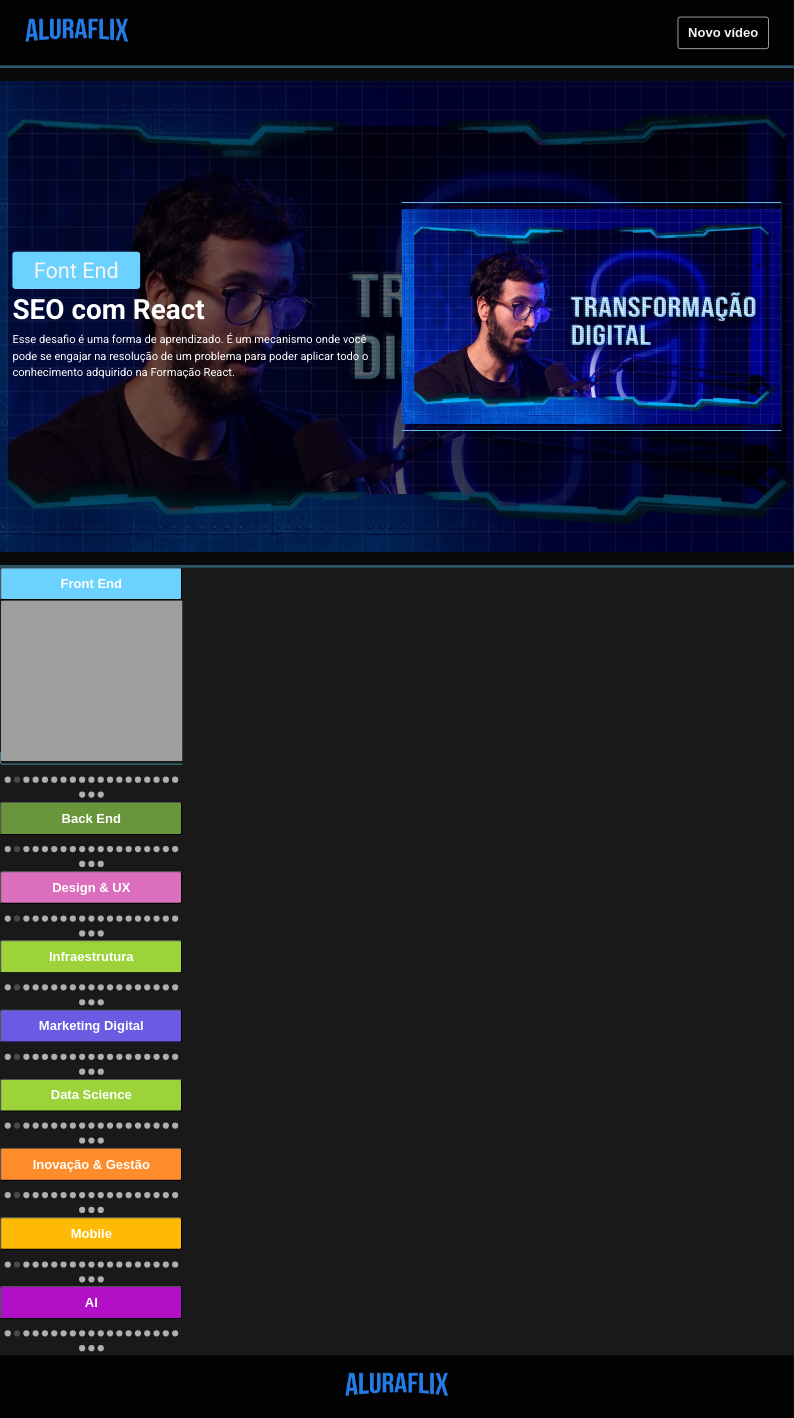
Repository: CarlosEduardoVdeOliveira/aluraflix
Page: /
The author's editor kept a copy of each file at every save. The page is drawn from the files as they stood at one save, then again after the next save.
The browser window is 1280 px wide. The pictures show the whole page, at 62% of full size.
Pictures or frames that could not be fetched are drawn as grey boxes. The project was rebuilt for these pictures with package versions that can differ from the ones it lists, and the page was loaded fresh each time. Also part of the build but not shown: vite.config.js, src/components/Input/Input.module.css, src/components/Input/index.jsx, src/components/TextArea/TextArea.module.css, src/components/TextArea/index.jsx, src/pages/RegisterVideo/Register.module.css, src/pages/RegisterVideo/index.jsx, src/components/Table/Table.module.css and 3 more.

Above is the page before, as saved 2023-09-26 09:44:12.

### index.html
<!doctype html>
<html lang="en">
  <head>
    <meta charset="UTF-8" />
    <link rel="preconnect" href="https://fonts.googleapis.com">
    <link rel="preconnect" href="https://fonts.gstatic.com" crossorigin>
    <!-- <link rel="icon" type="image/svg+xml" href="/vite.svg" /> -->
    <meta name="viewport" content="width=device-width, initial-scale=1.0" />
    <link href="https://fonts.googleapis.com/css2?family=Roboto:wght@300;400;500;700&display=swap" rel="stylesheet">
    <title>AluraFlix</title>
  </head>
  <body>
    <div id="root"></div>
    <script type="module" src="/src/main.jsx"></script>
  </body>
</html>

### src/main.jsx
import React from 'react'
import ReactDOM from 'react-dom/client'
import {AppRoutes} from './routes'
import './index.css'
import { ThemeProvider } from '@emotion/react'
import { theme } from './customColors'

ReactDOM.createRoot(document.getElementById('root')).render(
  <React.StrictMode>
    <ThemeProvider theme={theme}>
      <AppRoutes />
    </ThemeProvider>
  </React.StrictMode>,
)

### src/routes.jsx
import { BrowserRouter, Route, Routes } from 'react-router-dom'
import {PageBase} from './pages/pageBase'
import {Home} from './pages/Home'
import { ThemeProvider } from '@mui/material'
import { theme } from './customColors'
import {RegisterVideo} from './pages/RegisterVideo'
import {RegisterCategory} from './pages/RegisterCategory'


export const AppRoutes = () => {
  return (
    <BrowserRouter>
      <ThemeProvider theme={theme}>
        <Routes>
          <Route path='/' element={<PageBase />}>
            <Route index element={<Home />}></Route>
            <Route path='register-video' element={<RegisterVideo />}></Route>
            <Route path='register-category' element={<RegisterCategory />}></Route>
          </Route>
        </Routes>
      </ThemeProvider>
    </BrowserRouter>
  )
}

### src/index.css
:root {
  --gray-100: #F5F5F5;
  --gray-150: #E5E5E5;
  --gray-175: #C2C2C2;
  --gray-300: #9E9E9E;
  --gray-500: #191919;
  --black: #000;
  --blue-500: #2A7AE4;
  --red-500: #E53935;
  font-family: 'Roboto', sans-serif;
  line-height: 1.5;
  font-weight: 400;
  font-size: 1rem;
  font-synthesis: none;
  text-rendering: optimizeLegibility;
  -webkit-font-smoothing: antialiased;
  -moz-osx-font-smoothing: grayscale;
  -webkit-text-size-adjust: 100%;
}
*{
  box-sizing: border-box;
  margin: 0;
  padding: 0;
  scroll-behavior: smooth;
}
body{
  background-color: var(--gray-500);
}
a {
  text-decoration: none;
  transiton: .5s all ease-out;
}

button{
  cusor: pointer;
  transiton: .5s all ease-out;
}

@media screen and (max-width: 1080px){
  body{
    font-size: 87.5%;
  }
}
@media screen and (max-width: 700px){
  body{
    font-size: 75%;
  }
}

### src/customColors.js
import { createTheme } from '@mui/material/styles';

export const theme = createTheme({
  palette: {
    withe: "#FFFFFF",
    gray100: "#F5F5F5",
    gray150: "#E5E5E5",
    gray175: "#C2C2C2",
    gray300: "#9E9E9E",
    gray500: "#191919",
    black: "#000000",
    blue500: "#2A7AE4",
    red500: "#E53935",
  },
});

### src/pages/pageBase/index.jsx
import { Banner } from '../../components/Banner';
import {Footer} from '../../components/Footer';
import {Header} from '../../components/Header'
import { Outlet } from "react-router-dom";
import { useLocation } from 'react-router-dom';


export const PageBase = () => {
  const location = useLocation()
  return (
    <main>
      <Header button={location.pathname === '/'} />
      <Banner banner={location.pathname === '/'} />
      <Outlet />
      <Footer />
    </main>
  )
}

### src/pages/Home/index.jsx
import {Category} from "../../components/Category";

// eslint-disable-next-line react/prop-types
export const Home = () => {

  return (
    <>
      {
        <Category />
      }
    </>
  )
}

### src/components/Banner/index.jsx
/* eslint-disable react/prop-types */
import styles from './Banner.module.css'
import bannerImage from '../../../public/banner.png'
import {TitleCategory} from '../TitleCategory';

export const Banner = ({banner}) => {
  return(
    <>
      {
        banner && (
        <div className={styles.container}>
          <div className={styles.content}>
            <TitleCategory
              bgColor="#6BD1FF"
              color="#f5f5f5"
            >
              Font End
            </TitleCategory>
            <h5 >
              SEO com React
            </h5>
            <p>
              Esse desafio é uma forma de aprendizado.
              É um mecanismo onde você pode se engajar na resolução de um problema
              para poder aplicar todo o conhecimento adquirido na Formação React.
            </p>
          </div>
          <img src={bannerImage} alt='Imagem do SEO da alura, '/>
        </div>
        )
      }
    </>
  );
}

### src/components/Footer/index.jsx
import { Link } from 'react-router-dom'
import logo from '../../assets/logo.png'
import styles from './Footer.module.css'
export const Footer = () => {
  return (
    <footer className={styles.container}>
      <Link to='/'>
        <img src={logo} alt="Logo do aluraflix" />
      </Link>
    </footer>
  )
}

### src/components/Header/index.jsx
/* eslint-disable react/prop-types */
// eslint-disable-next-line no-unused-vars
import React from 'react';
import logo from '../../assets/logo.png'
import styles from './Header.module.css'
import { Link } from 'react-router-dom';
import {Button} from '../Button';


export const Header = ({button}) => {

  return (
    <header className={styles.container}>
      <Link to="/">
        <img src={logo} alt='Logo do aluraflix' />
      </Link>
      {button &&
          <Link to="/register-video">
            <Button
              bgColor="#000"
              borderColor="1px solid #FFF"
              color="#F5f5f5"
            >
                  Novo vídeo
            </Button>
          </Link>
      }
    </header>
  )
}

### src/components/Category/index.jsx
import { Button } from "../Button";
import styles from "./Category.module.css";
import { videos, categories } from "../../json/db.json";
import Carousel from 'react-material-ui-carousel'
import { Card } from "../Card";

export const Category = () => {
  function verifyCategory(category){
    const vcat = videos.some(vc => vc.category === category)
    return vcat
  }
    console.log(verifyCategory("Front End"));
  return (
    <>
      {
        categories.map((category) => (
          <section className={styles.container} key={category.id}>
            <Button bgColor={category.color}>{category.name}</Button>
            <Carousel >

                {videos.map(
                  (video) =>
                    category.name === video.category && (
                      <Card
                        link={video.link}
                        key={video.id}
                        thumbnail={video.thumbnail}
                        borderColor={category.color}
                        description={video.description}
                      />
                    )
                )}
            </Carousel>
          </section>
        ))
      }
    </>
  );
};

### src/components/Button/index.jsx
/* eslint-disable react/prop-types */
import styles from './Button.module.css'

export const Button = ({children, bgColor, borderColor, color}) => {
  return(
    <button className={styles.button}
      style={{
        background:bgColor,
        border:borderColor,
        color:color
      }}
    >
      {children}
    </button>
  )
}

### src/json/db.json
{
  "videos":[
  {
    "id": 1,
    "name": "Homem-Aranha - Sem Volta Para Casa",
    "link": "https://www.youtube.com/watch?v=k77WZrvuDQU&ab_channel=Alura",
    "thumbnail": "https://i.ytimg.com/vi/k77WZrvuDQU/sddefault.jpg",
    "category": "Front End",
    "description": "Descrição qualquer"
  },
  {
    "id": 2,
    "name": "Homem-Aranha - Sem Volta Para Casa",
    "link": "https://www.youtube.com/watch?v=k77WZrvuDQU&ab_channel=Alura",
    "thumbnail": "https://i.ytimg.com/vi/k77WZrvuDQU/sddefault.jpg",
    "category": "Front End",
    "description": "Descrição qualquer"
  },
  {
    "id": 3,
    "name": "Homem-Aranha - Sem Volta Para Casa",
    "link": "https://www.youtube.com/watch?v=k77WZrvuDQU&ab_channel=Alura",
    "thumbnail": "https://i.ytimg.com/vi/k77WZrvuDQU/sddefault.jpg",
    "category": "Front End",
    "description": "Descrição qualquer"
  },
  {
    "id": 4,
    "name": "Homem-Aranha - Sem Volta Para Casa",
    "link": "https://www.youtube.com/watch?v=hHM-hr9q4mo&ab_channel=Rocketseat",
    "thumbnail": "https://i.ytimg.com/vi/hHM-hr9q4mo/maxresdefault.jpg",
    "category": "Back End",
    "description": "Descrição qualquer"
  },
  {
    "id": 5,
    "name": "Homem-Aranha - Sem Volta Para Casa",
    "link": "https://www.youtube.com/watch?v=hHM-hr9q4mo&ab_channel=Rocketseat",
    "thumbnail": "https://i.ytimg.com/vi/hHM-hr9q4mo/maxresdefault.jpg",
    "category": "Back End",
    "description": "Descrição qualquer"
  },
  {
    "id": 6,
    "name": "Homem-Aranha - Sem Volta Para Casa",
    "link": "https://www.youtube.com/watch?v=hHM-hr9q4mo&ab_channel=Rocketseat",
    "thumbnail": "https://i.ytimg.com/vi/hHM-hr9q4mo/maxresdefault.jpg",
    "category": "Back End",
    "description": "Descrição qualquer"
  },
  {
    "id": 7,
    "name": "Homem-Aranha - Sem Volta Para Casa",
    "link": "https://www.youtube.com/watch?v=MGIs7DSQ-0A&ab_channel=Alura",
    "thumbnail": "https://i.ytimg.com/vi/MGIs7DSQ-0A/maxresdefault.jpg",
    "category": "Mobile",
    "description": "Descrição qualquer"
  },
  {
    "id": 8,
    "name": "Homem-Aranha - Sem Volta Para Casa",
    "link": "https://www.youtube.com/watch?v=MGIs7DSQ-0A&ab_channel=Alura",
    "thumbnail": "https://i.ytimg.com/vi/MGIs7DSQ-0A/maxresdefault.jpg",
    "category": "Mobile",
    "description": "Descrição qualquer"
  },
  {
    "id": 9,
    "name": "Homem-Aranha - Sem Volta Para Casa",
    "link": "https://www.youtube.com/watch?v=MGIs7DSQ-0A&ab_channel=Alura",
    "thumbnail": "https://i.ytimg.com/vi/MGIs7DSQ-0A/maxresdefault.jpg",
    "category": "Mobile",
    "description": "Descrição qualquer"
  },
  {
    "id": 10,
    "name": "Homem-Aranha - Sem Volta Para Casa",
    "link": "https://www.youtube.com/watch?v=CyiiEJRZjSU",
    "thumbnail": "https://i.ytimg.com/vi/CyiiEJRZjSU/maxresdefault.jpg",
    "category": "Data Science",
    "description": "Descrição qualquer"
  },
  {
    "id": 11,
    "name": "Homem-Aranha - Sem Volta Para Casa",
    "link": "https://www.youtube.com/watch?v=CyiiEJRZjSU",
    "thumbnail": "https://i.ytimg.com/vi/CyiiEJRZjSU/maxresdefault.jpg",
    "category": "Data Science",
    "description": "Descrição qualquer"
  },
  {
    "id": 12,
    "name": "Homem-Aranha - Sem Volta Para Casa",
    "link": "https://www.youtube.com/watch?v=CyiiEJRZjSU",
    "thumbnail": "https://i.ytimg.com/vi/CyiiEJRZjSU/maxresdefault.jpg",
    "category": "Data Science",
    "description": "Descrição qualquer"
  },
  {
    "id": 13,
    "name": "Homem-Aranha - Sem Volta Para Casa",
    "link": "https://www.youtube.com/watch?v=CyiiEJRZjSU",
    "thumbnail": "https://i.ytimg.com/vi/CyiiEJRZjSU/maxresdefault.jpg",
    "category": "UX",
    "description": "Descrição qualquer"
  },
  {
    "id": 14,
    "name": "Homem-Aranha - Sem Volta Para Casa",
    "link": "https://www.youtube.com/watch?v=CyiiEJRZjSU",
    "thumbnail": "https://i.ytimg.com/vi/CyiiEJRZjSU/maxresdefault.jpg",
    "category": "UX",
    "description": "Descrição qualquer"
  },
  {
    "id": 15,
    "name": "Homem-Aranha - Sem Volta Para Casa",
    "link": "https://www.youtube.com/watch?v=CyiiEJRZjSU",
    "thumbnail": "https://i.ytimg.com/vi/CyiiEJRZjSU/maxresdefault.jpg",
    "category": "UX",
    "description": "Descrição qualquer"
  },
  {
    "id": 16,
    "name": "Homem-Aranha - Sem Volta Para Casa",
    "link": "https://www.youtube.com/watch?v=CyiiEJRZjSU",
    "thumbnail": "https://i.ytimg.com/vi/CyiiEJRZjSU/maxresdefault.jpg",
    "category": "Infra",
    "description": "Descrição qualquer"
  },
  {
    "id": 17,
    "name": "Homem-Aranha - Sem Volta Para Casa",
    "link": "https://www.youtube.com/watch?v=CyiiEJRZjSU",
    "thumbnail": "https://i.ytimg.com/vi/CyiiEJRZjSU/maxresdefault.jpg",
    "category": "Infra",
    "description": "Descrição qualquer"
  },
  {
    "id": 18,
    "name": "Homem-Aranha - Sem Volta Para Casa",
    "link": "https://www.youtube.com/watch?v=CyiiEJRZjSU",
    "thumbnail": "https://i.ytimg.com/vi/CyiiEJRZjSU/maxresdefault.jpg",
    "category": "Infra",
    "description": "Descrição qualquer"
  },
  {
    "id": 19,
    "name": "Homem-Aranha - Sem Volta Para Casa",
    "link": "https://www.youtube.com/watch?v=CyiiEJRZjSU",
    "thumbnail": "https://i.ytimg.com/vi/CyiiEJRZjSU/maxresdefault.jpg",
    "category": "Inovation",
    "description": "Descrição qualquer"
  },
  {
    "id": 20,
    "name": "Homem-Aranha - Sem Volta Para Casa",
    "link": "https://www.youtube.com/watch?v=CyiiEJRZjSU",
    "thumbnail": "https://i.ytimg.com/vi/CyiiEJRZjSU/maxresdefault.jpg",
    "category": "Inovation",
    "description": "Descrição qualquer"
  },
  {
    "id": 21,
    "name": "Homem-Aranha - Sem Volta Para Casa",
    "link": "https://www.youtube.com/watch?v=CyiiEJRZjSU",
    "thumbnail": "https://i.ytimg.com/vi/CyiiEJRZjSU/maxresdefault.jpg",
    "category": "Inovation",
    "description": "Descrição qualquer"
  },
  {
    "id": 22,
    "name": "Homem-Aranha - Sem Volta Para Casa",
    "link": "https://www.youtube.com/watch?v=CyiiEJRZjSU",
    "thumbnail": "https://i.ytimg.com/vi/CyiiEJRZjSU/maxresdefault.jpg",
    "category": "AI",
    "description": "Descrição qualquer"
  }
],
"categories":[
  {

    "id":1,
    "name":"Front End",
    "description": "Todos os vídeo da área de Front End juntarei nessa categoria para organizar os estudos que venho fazendo atualmente (FieldTextarea)",
    "color":"#6BD1FF"
  },
  {
    "id":2,
    "name":"Back End",
    "description": "Todos os vídeo que estou usando para estudar Back End ",
    "color":"#69953B"
  },
  {
    "id":3,
    "name":"Design & UX",
    "description": "Ferramentas e técnicas que estudo sobre UX e Design",
    "color":"#DC6EBE"
  },
  {
    "id":4,
    "name":"Infraestrutura" ,
    "description": "Tudo que estou aprendendo sobre Docker e muito mais",
    "color":"#9CD33B"
  },
  {
    "id":5,
    "name":"Marketing Digital",
    "description": "A forma de vender a monetizar minhas ideias",
    "color":"#6B5BE2"
  },
  {
    "id":6,
    "name":"Data Science",
    "description": "Coisas de R e Python que venho aprendendo",
    "color":"#9CD33B"
  },
  {
    "id":7,
    "name":"Inovação & Gestão",
    "description": "Como manter o time feliz e muito mais",
    "color":"#FF8C2A"
  },
  {
    "id":8,
    "name":"Mobile",
    "description": "Conteúdo que venho estudando sobre React Native e Flutter",
    "color":"#FFBA05"
  },
  {
    "id":9,
    "name":"AI",
    "description": "Conteúdo que venho estudando sobre React Native e Flutter",
    "color":"#B210C7"
  }
]
}

### src/components/Banner/Banner.module.css
.container{
  background: linear-gradient(rgba(0, 0, 0, 0.59), rgba(0, 0, 0, 0.59)),
  url(../../../public/banner.png) center / cover no-repeat;
  width: 100%;
  height: 50.563rem;
  display: grid;
  grid-template-columns: 1fr 1fr;
  align-items: center;
  gap: 1rem;
  padding: 20px;
}
.container img{
  width: 100%;
  flex-shrink: 0;
}
.content{
  color: #FFF;
}
.content h5{
  font-size: 2.813rem;
}
.content p{
  font-size: 1.125rem;
}

### src/components/TitleCategory/index.jsx
import styles from "./TitleCategory.module.css"
// eslint-disable-next-line react/prop-types
export const TitleCategory = ({children, bgColor, color}) => {
  return(
    <div
      className={styles.container}
      style={{
        backgroundColor: bgColor,
        color: color
      }}
    >
      {children}
    </div>
  )
}

### src/components/Footer/Footer.module.css
.container{
  display: flex;
  align-items: center;
  justify-content: center;
  padding: 1.688rem 2.5rem;
  background-color: rgba(0, 0, 0, 0.9);
}

.container img{
  width: 168.45px;
  height: 40px;
}

### src/components/Header/Header.module.css
.container{
  display: flex;
  justify-content: space-between;
  align-items: center;
  padding: 1.688rem 2.5rem;
  background-color: rgba(0, 0, 0, 0.9);
}

.container img{
  width: 168.45px;
  height: 40px;
}

### src/components/Category/Category.module.css
.container{
  display: flex;
  flex-direction: column;
  overflow: none;
  width: 23%;
}
.videos{
  display: flex;
  width: 100%;
}

### src/components/Card/index.jsx
/* eslint-disable react/prop-types */
import styles from './Card.module.css'
import { Link } from 'react-router-dom'

export const Card = ({
  id,
  link,
  thumbnail,
  description,
  borderColor
}) => {
  return(
    <>
      <Link
        to={link}
        className={styles.card}
        style={{border:`1px solid ${borderColor}`}}
        key={id}
        target='_blank'
        title={description}
      >
        <img src={thumbnail} alt={description} />
      </Link>

    </>
  )
}

### src/components/Button/Button.module.css
.button{
  color: #FFF;
  text-align: center;
  padding: 0.8rem 1rem;
  border-radius: .25rem;
  font-size: 21px;
  font-style: normal;
  font-weight: 600;
  cursor: pointer;
  line-height: 24px;
  transition: all .5s ease-in-out;
}

.button:hover{
  opacity: 0.8;
}

### src/components/TitleCategory/TitleCategory.module.css
.container{
  width: 206px;
  height: 60px;
  padding: 5px;
  text-align: center;
  border-radius: 5px;
  font-size: 35px;
}

### src/components/Card/Card.module.css
.card{
  width: 433px;
  height: 263px;
  border-radius: .25rem;
  animation: slideAnimation 5s infinite alternate;
}
.card img{
  width: 430px;
  height: 260px;
  border-radius: .25rem;
}

After the next save:
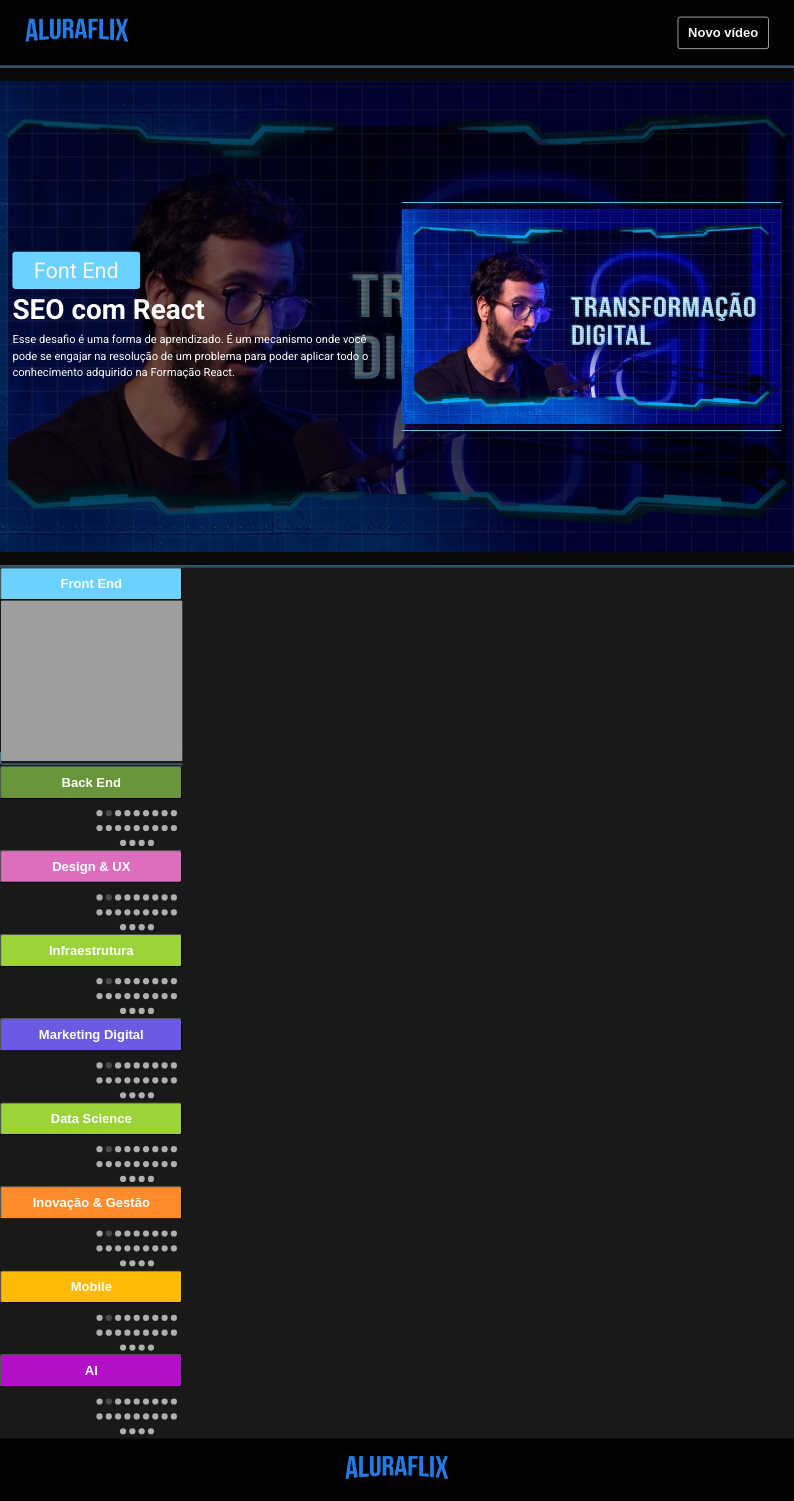
Saved 24 s later.
--- a/src/components/Category/index.jsx
+++ b/src/components/Category/index.jsx
@@ -16,7 +16,7 @@ export const Category = () => {
         categories.map((category) => (
           <section className={styles.container} key={category.id}>
             <Button bgColor={category.color}>{category.name}</Button>
-            <Carousel >
+            <Carousel className={styles.videos} >
 
                 {videos.map(
                   (video) =>
